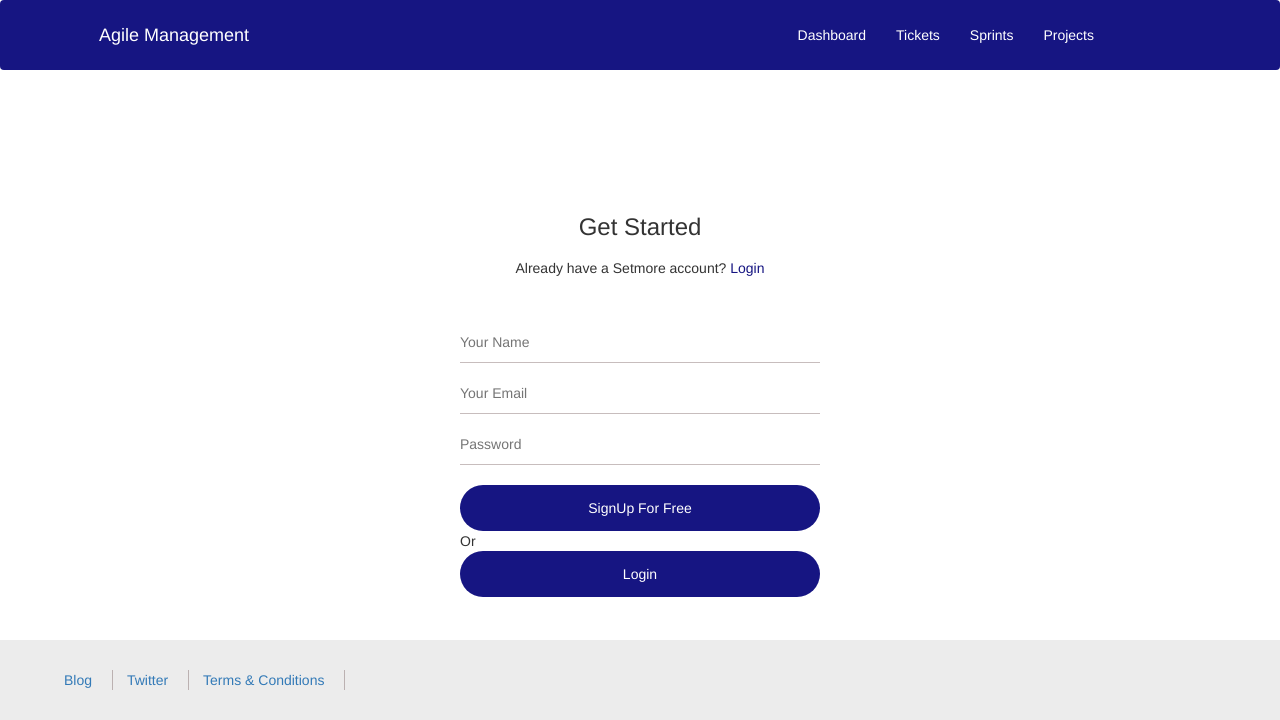
Repository: princexavier/agil
Page: http://localhost/Agile/
The author's editor kept a copy of each file at every save. The page is drawn from the files as they stood at one save, then again after the next save.
The browser window is 1280 px wide. The pictures show the whole page.
Some web libraries are served in a nearby version. The page is served by Tomcat 9. Other server files are loaded and not shown.

Above is the page before, as saved 2018-01-19 05:04:50.

### workspace/Agile/WebContent/index.jsp
<%@ page language="java" contentType="text/html; charset=ISO-8859-1"
	pageEncoding="ISO-8859-1"%>
<!DOCTYPE html>
<html lang="en">

<head>
    <meta charset="UTF-8">
    <title>Registration</title>
    <link href="https://fonts.googleapis.com/css?family=Nunito" rel="stylesheet">
    <link rel="stylesheet" href="https://maxcdn.bootstrapcdn.com/bootstrap/3.3.7/css/bootstrap.min.css">
    <!-- jQuery library -->
    <script src="https://ajax.googleapis.com/ajax/libs/jquery/3.2.1/jquery.min.js"></script>
    <!-- Latest compiled JavaScript -->
    <script src="https://maxcdn.bootstrapcdn.com/bootstrap/3.3.7/js/bootstrap.min.js"></script>
    <link rel="stylesheet" href="css/style.css">
    <link rel="stylesheet" href="https://maxcdn.bootstrapcdn.com/font-awesome/4.7.0/css/font-awesome.min.css">
</head>

<body>
    <header>
        <nav class="navbar navbar-default">
            <div class="container-fluid">
                <div class="navbar-header">
                    <a class="navbar-brand" href="#">Agile Management</a>
                </div>
                <ul class="nav navbar-nav">
                    <li class="active"><a href="#">Dashboard</a></li>
                    <li><a href="ticket.html">Tickets</a></li>
                    <li><a href="ticket.html">Sprints</a></li>
                    <li><a href="#">Projects</a></li>
                </ul>
            </div>
        </nav>
    </header>

    <div class="container">
    	<div class="row">
    		<div class="col-md-4"></div>
    		<div class="col-md-4">
    			<form action=""class="reg-form">
    				<h3>Get Started</h3>
    				<p style="margin-bottom: 15%;text-align:center;">Already have a Setmore account? <a style="color:#161582;">Login</a><p>
    				<input type="text" placeholder="Your Name">
    				<input type="text" placeholder="Your Email">
    				<input type="text" placeholder="Password">
    				<button class="sign-up">SignUp For Free</button>
    				<span>Or</span>
    			    <button class="sign-up">Login</button>
    			</form>
    		</div>
    		<div class="col-md-4"></div>
    	</div>
    </div>
    <footer>
        <ul class="foot-content">
            <li>
                <a href="#">Blog</a>
            </li>
            <li>
                <a href="#">Twitter</a>
            </li>
            <li>
                <a href="#">Terms & Conditions</a>
            </li>
        </ul>
    </footer>
</body>

</html>

### workspace/Agile/WebContent/css/style.css
* {
	margin: 0px;
	padding: 0px;
	text-decoration: none;
	list-style-type: none;
}

a:hover {
	text-decoration: none;
}

.reg-form {
	margin-top: 40%;
}

.sign-up {
	outline:none;
	border: none;
	display: block;
	width: 100%;
	padding: 13px;
	border-radius: 40px;
	background: #161582;
	color: #fff;
}
.reg-form h3{
	margin-top: 20%;
    margin-bottom: 5%;
    text-align: center;
}
.reg-form >span{
	display:block;
	padding-top:22px;
	padding-bottom:22px;
	text-align:center;
}
.reg-form input {
	cursor: pointer;
	padding-bottom: 10px;
	margin-bottom: 20px;
	outline: none;
	display: block;
	width: 100%;
	border: none;
	border-bottom: 1px solid #c7bdbd;
	transition: 0.8s ease;
}

.reg-form input:focus {
	border-bottom: 1px solid #161582;
}

.divider-1 {
	display: inline-block;
	width: calc(100%/ 1);
	float: left;
}

.divider-2 {
	display: inline-block;
	width: calc(100%/ 2);
	float: left;
}

.color {
	color: #161582;
	padding-right: 5px;
	cursor: pointer;
	transition: 0.2s ease-in-out;
}

.color:hover {
	color: #16158261;
}

.clearfix:after {
	content: "";
	display: block;
	clear: both;
}

.navbar-nav {
	float: right;
	margin-right: 100px;
}

.navbar-default {
	border: none;
	padding: 10px 56px 10px 84px;
	background: #161582;
	margin-bottom: 0px;
}

.navbar-brand,.navbar-nav>li>a {
	color: #fff !important;
}

nav .active a {
	background-color: transparent !important;
}

.dashboard {
	padding: 20px 0px;
	background: #ececec;
}

.dash-title {
	padding-left: 111px;
}

.auth {
	background: #ececec;
	padding: 20px;
}

.left-content>span {
	display: block;
}

.lab-title {
	padding: 20px 0px;
}

.bg {
	margin-top: 20px;
	padding: 10px 0px;
	background: #a6e4a6;
}

.bg a>button {
	float: right;
	margin-right: 20px;
	border: none;
}

footer {
	position: fixed;
	bottom: 0px;
	width: 100%;
	padding: 20px 0px;
	background: #ececec;
}

.right-bor {
	border-right: 1px solid #ececec;
}

.foot-content:first-child {
	margin-left: 64px;
	margin-top: 10px;
}

.foot-content li {
	border-right: 1px solid #a79a9ab8;
	padding-right: 20px;
	display: inline-block;
	margin-right: 10px;
}

.bar {
	width: 90%;
	background: #ececec;
	border-left: 10px solid blue;
}

.bar>span {
	float: right;
}

/*Ticket page style */
.btn-style {
	border: none;
	color: #fff;
	outline: none;
	background: #161582;
	transition: 0.5s ease-in-out;
}

.first-btn {
	margin-left: 150px
}

.btn-style:hover {
	background: #161582a8;
}

.icon-style {
	padding-right: 10px;
}

.events {

}

.list-style {
	padding: 10px 0px;
}

/*New ticket page style*/
.cs-btn {
	padding: 11px 10px;
	margin-left: 150px;
	color: #ffff;
	background: #161582;
	transition: 0.5s ease-in-out;
}

.cs-btn:hover {
	background: #1615825c;
	color: #fff;
}

textarea {
	resize: none;
}

.nav-tabs {
	margin-bottom: 50px;
}

label {
	font-weight: 300;
}

.btn-primary {
	background-color: #161582;
}

#menu4>p {
	padding: 20px 10px;
	background: #ececec;
	margin-bottom: 40px;
}

input[type="date"] {
	border-radius: 4px;
}

After the next save:
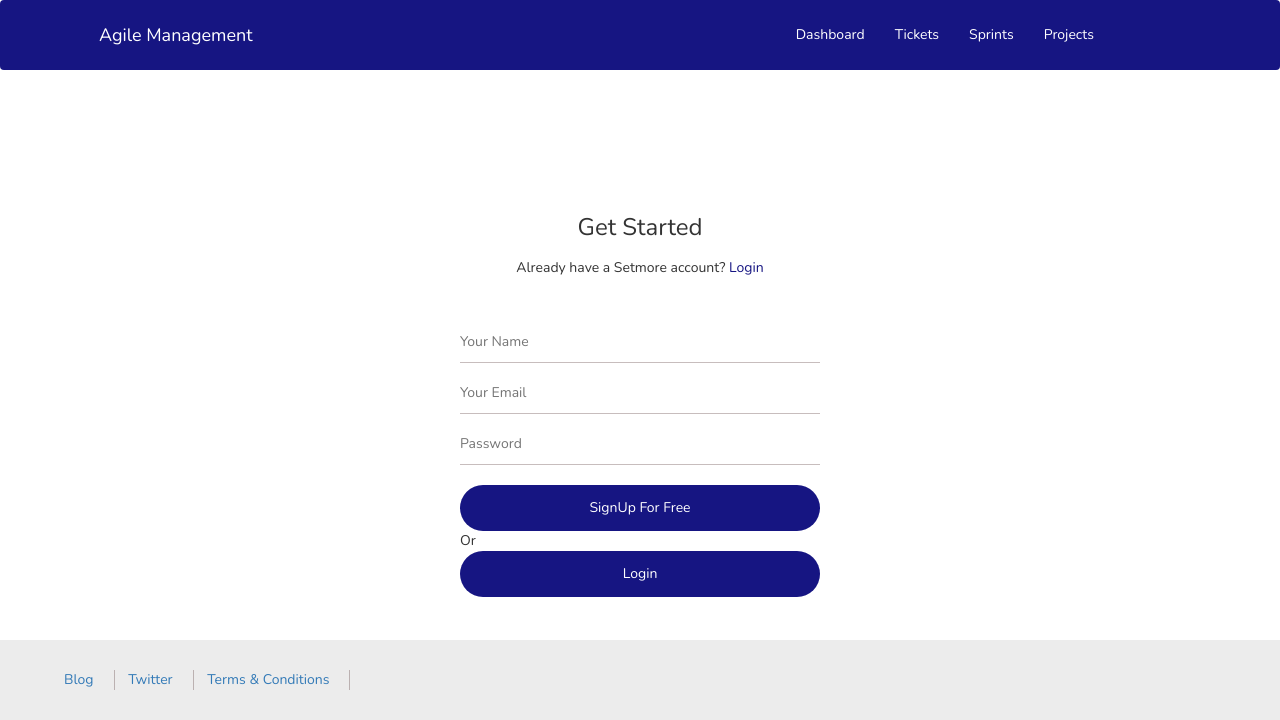
Saved 14 s later.
--- a/workspace/Agile/WebContent/index.jsp
+++ b/workspace/Agile/WebContent/index.jsp
@@ -16,7 +16,7 @@
     <link rel="stylesheet" href="https://maxcdn.bootstrapcdn.com/font-awesome/4.7.0/css/font-awesome.min.css">
 </head>
 
-<body>
+<body style="font-family: 'Nunito', sans-serif;">
     <header>
         <nav class="navbar navbar-default">
             <div class="container-fluid">
